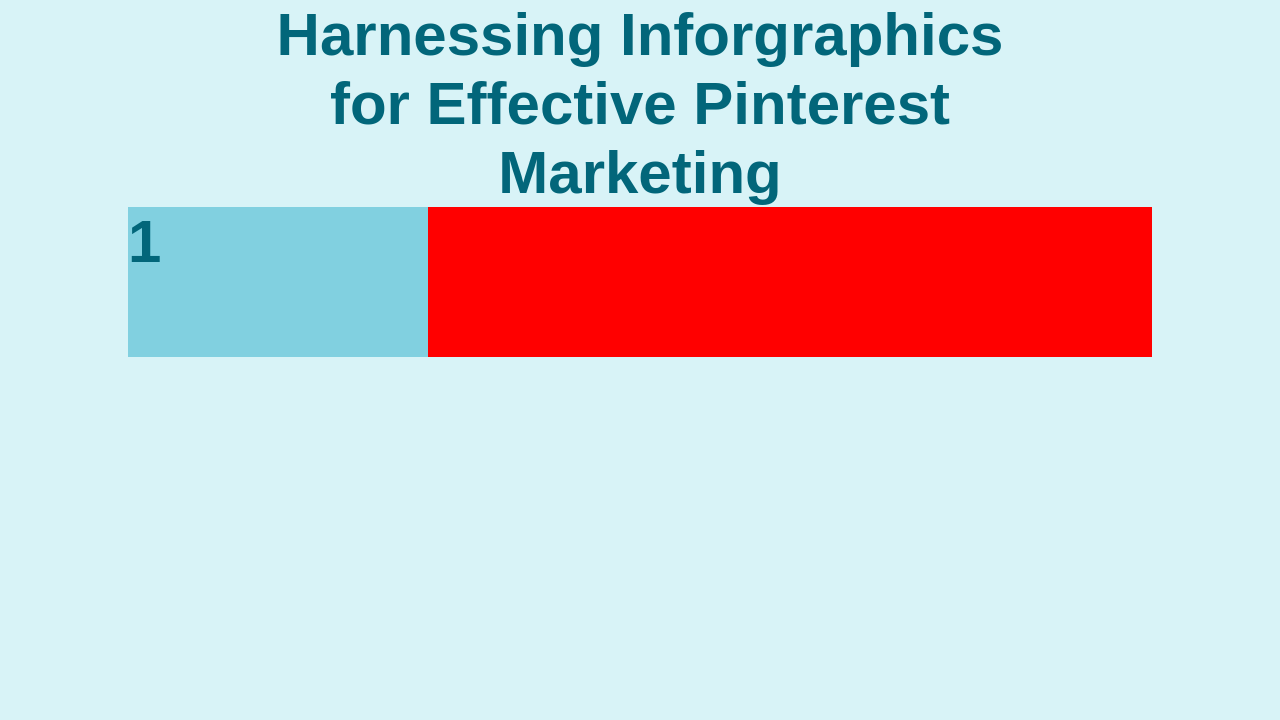
Repository: ayushrajput545/InforGraphic-page
Page: index.html
The author's editor kept a copy of each file at every save. The page is drawn from the files as they stood at one save, then again after the next save.
The browser window is 1280 px wide. The pictures show the whole page.
Some web fonts or font styles are not loaded; a fallback is used.

Above is the page before, as saved 2025-04-01 21:48:00.

After the next save:
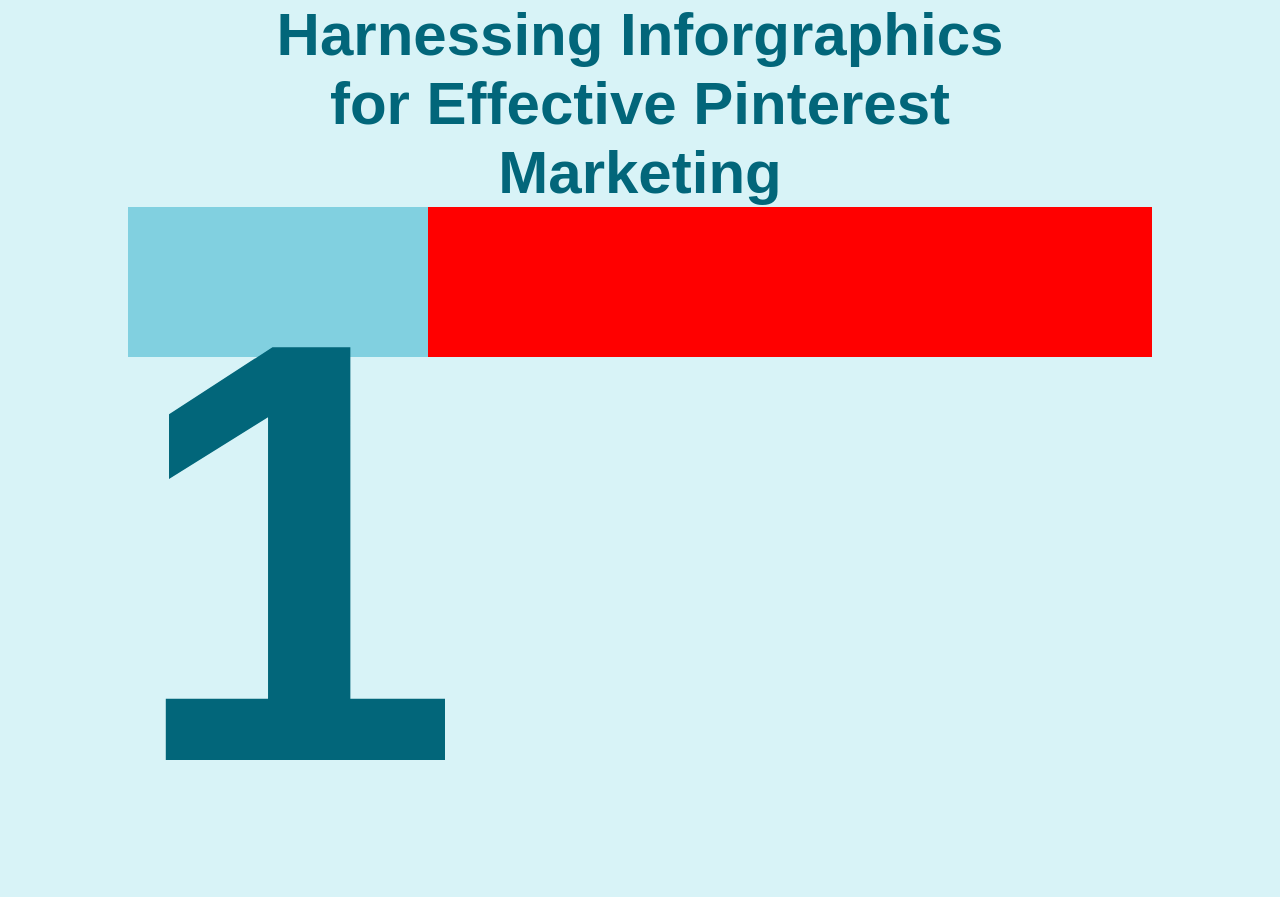
Saved 41 s later.
--- a/style.css
+++ b/style.css
@@ -35,7 +35,7 @@
 
 .steps{
     font-family: "Protest Riot", sans-serif;
-    font-size: 60px;
+    font-size: 600px;
     font-weight: bold;
     color: #02667a;
     position: absolute;

After the save that followed:
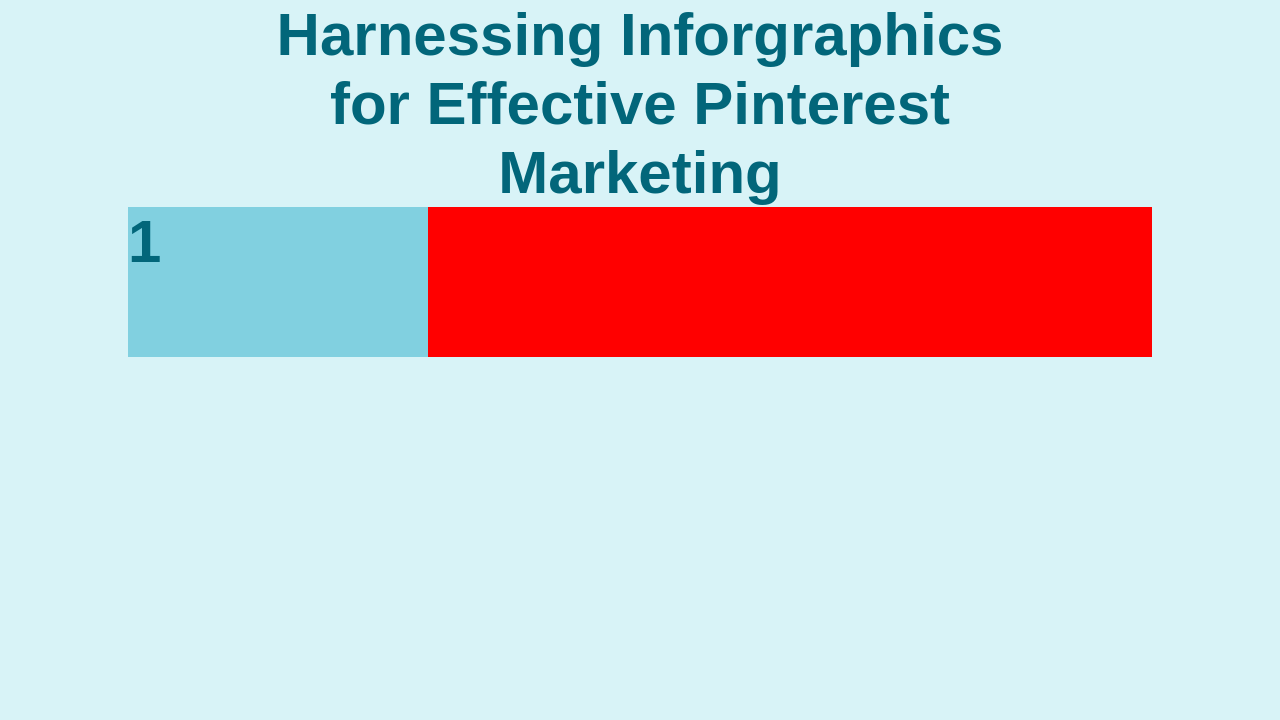
Saved 6 s later.
--- a/style.css
+++ b/style.css
@@ -35,7 +35,7 @@
 
 .steps{
     font-family: "Protest Riot", sans-serif;
-    font-size: 600px;
+    font-size: 60px;
     font-weight: bold;
     color: #02667a;
     position: absolute;
